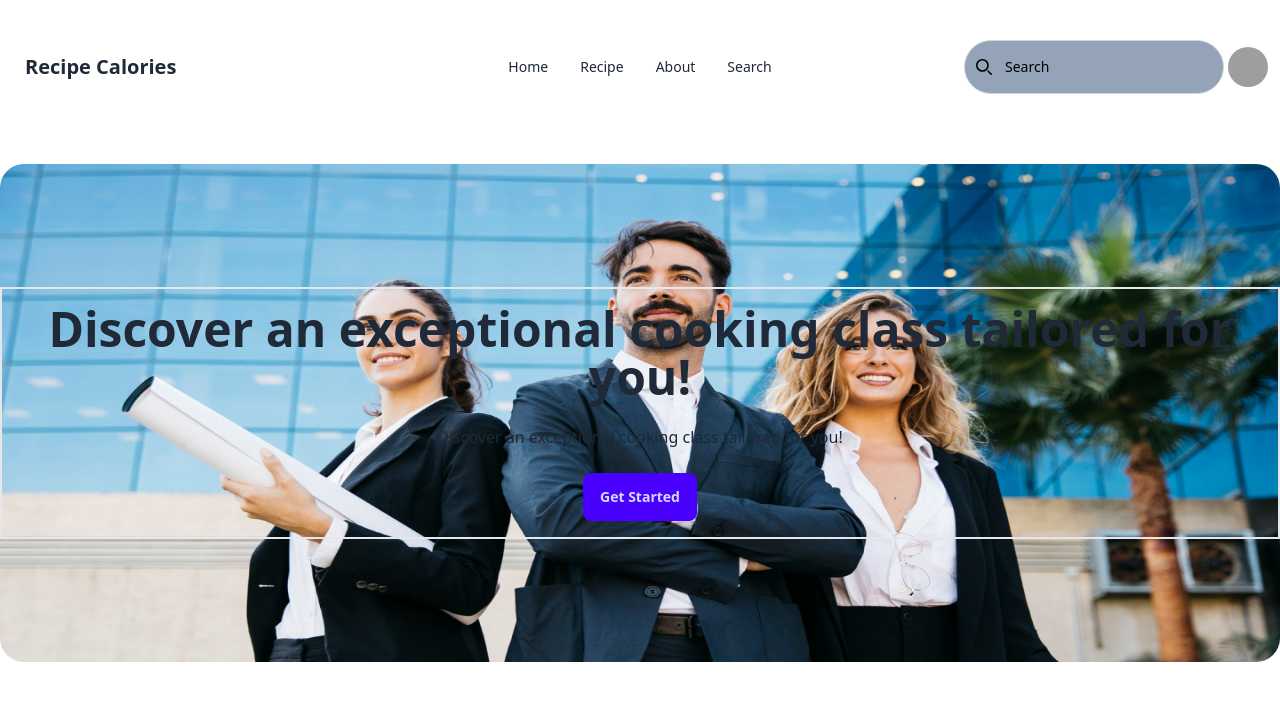
Repository: RudrasahaDibos/Chefs-table
Page: /
An editor plug-in stored every save of this project. The page is shown before and after the next save, followed by the edit.
The browser window is 1280 px wide. The pictures show the whole page.
Pictures or frames that could not be fetched are drawn as grey boxes. The project was rebuilt for these pictures with package versions that can differ from the ones it lists, and the page was loaded fresh each time. Also part of the build but not shown: vite.config.js, src/App.css.

Above is the page before, as saved 2024-12-19 09:49:36.

### src/App.jsx

import './App.css'
import Banner from './Component/Banner/Banner'
import Header from './Component/Header/Header'
import Recipes from './Component/Recipes/Recipes'

function App() {


  return (
    <div className='container mx-auto'>
        <Header></Header>
        <Banner></Banner>
        <Recipes></Recipes>

    </div>
  )
}

export default App

### src/Component/Banner/Banner.jsx
import img from '../Banner/Image/Rectangle 12.png'

const Banner = () => {
    return (
        <div className='max-w-7xl mx-auto '>
            <div className="hero ">
     <img src={img} alt="" className='h-4/5 w-full rounded-3xl' />
  <div className="hero-content text-center border-2 w-full ">
    <div className="">
      <h1 className="text-5xl font-bold">Discover an exceptional cooking class tailored for you!</h1>
      <p className="py-6">
      Discover an exceptional cooking class tailored for you!
      </p>
      <button className="btn btn-primary">Get Started</button>
    </div>
  </div>
</div>
        </div>
    );
};

export default Banner;

### src/Component/Header/Header.jsx

const Header = () => {
    return (
        <div className="max-w-7xl mx-auto mt-8">
              <div className="navbar bg-base-100">
  <div className="navbar-start">
    <div className="dropdown">
      <div tabIndex="0" role="button" className="btn btn-ghost lg:hidden">
        <svg
          xmlns="http://www.w3.org/2000/svg"
          className="h-5 w-5"
          fill="none"
          viewBox="0 0 24 24"
          stroke="currentColor">
          <path
            strokeLinecap="round"
            strokeLinejoin="round"
            strokeWidth="2"
            d="M4 6h16M4 12h8m-8 6h16" />
        </svg>
      </div>
      <ul
        tabIndex="0"
        className="menu menu-sm dropdown-content bg-base-100 rounded-box z-[1] mt-3 w-52 p-2 shadow">
        <li><a>Home</a></li>
      <li><a>Recipe</a></li>
      <li><a>About</a></li>
      <li><a>Search</a></li>
      </ul>
    </div>
    <a className="btn btn-ghost text-xl font-bold">Recipe Calories</a>
  </div>
  <div className="navbar-center hidden lg:flex">
    <ul className="menu menu-horizontal px-1">
      <li><a>Home</a></li>
      <li><a>Recipe</a></li>
      <li><a>About</a></li>
      <li><a>Search</a></li>
    </ul>
  </div>
  <div className="navbar-end ">
  <div className="form-control ">


<form className="max-w-md mx-auto">
    <div className="relative">
        <div className="absolute inset-y-0 start-0 flex items-center ps-3 pointer-events-none">
            <svg className="w-4 h-4 text-black dark:text-gray-400" aria-hidden="true" xmlns="http://www.w3.org/2000/svg" fill="none" viewBox="0 0 20 20">
                <path stroke="currentColor" strokeLinecap="round" strokeLinejoin="round" strokeWidth="2" d="m19 19-4-4m0-7A7 7 0 1 1 1 8a7 7 0 0 1 14 0Z"/>
            </svg>
        </div>
        <input type="search" id="default-search" className="block w-full p-4 ps-10 text-sm text-black border border-gray-300  bg-slate-400 focus:ring-blue-500 rounded-full focus:border-blue-500 dark:bg-gray-700 dark:border-gray-600 placeholder-black dark:text-white dark:focus:ring-blue-500 dark:focus:border-blue-500" placeholder="Search " required />

    </div>
</form>


    </div>
    <div tabIndex="0" role="button" className="btn btn-ghost btn-circle avatar">
        <div className="w-10 rounded-full">
          <img
            alt="Tailwind CSS Navbar component"
            src="https://img.daisyui.com/images/stock/photo-1534528741775-53994a69daeb.webp" />
        </div>
      </div>
  </div>
</div>
        </div>
    );
};

export default Header;

### src/Component/Recipes/Recipes.jsx
import React from 'react';

const Recipes = () => {
    return (
        <div>

        </div>
    );
};

export default Recipes;

Loaded but not shown: index.html (common file); src/main.jsx (common file); src/index.css (common file); tailwind.config.js (common file)

After the next save:
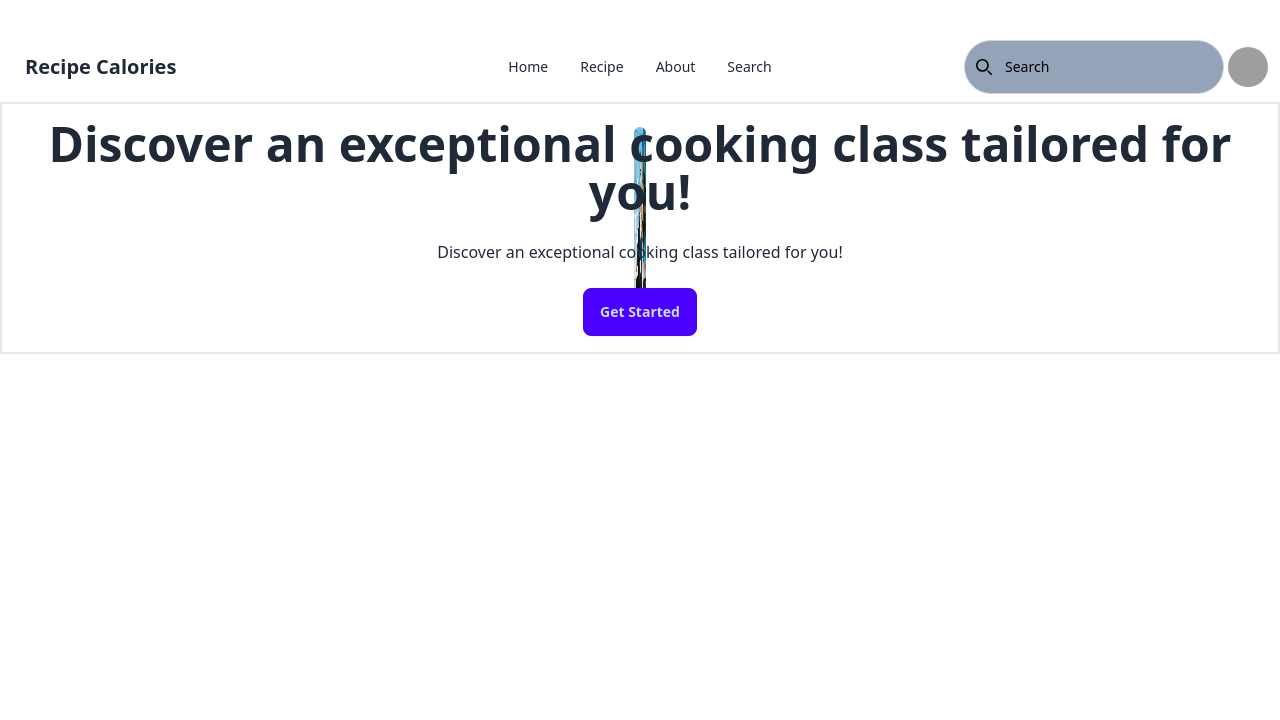
Saved 22 s later.
--- a/src/Component/Banner/Banner.jsx
+++ b/src/Component/Banner/Banner.jsx
@@ -4,7 +4,7 @@ const Banner = () => {
     return (
         <div className='max-w-7xl mx-auto '>
             <div className="hero ">
-     <img src={img} alt="" className='h-4/5 w-full rounded-3xl' />
+     <img src={img} alt="" className='h-4/5 w-3 rounded-3xl' />
   <div className="hero-content text-center border-2 w-full ">
     <div className="">
       <h1 className="text-5xl font-bold">Discover an exceptional cooking class tailored for you!</h1>
